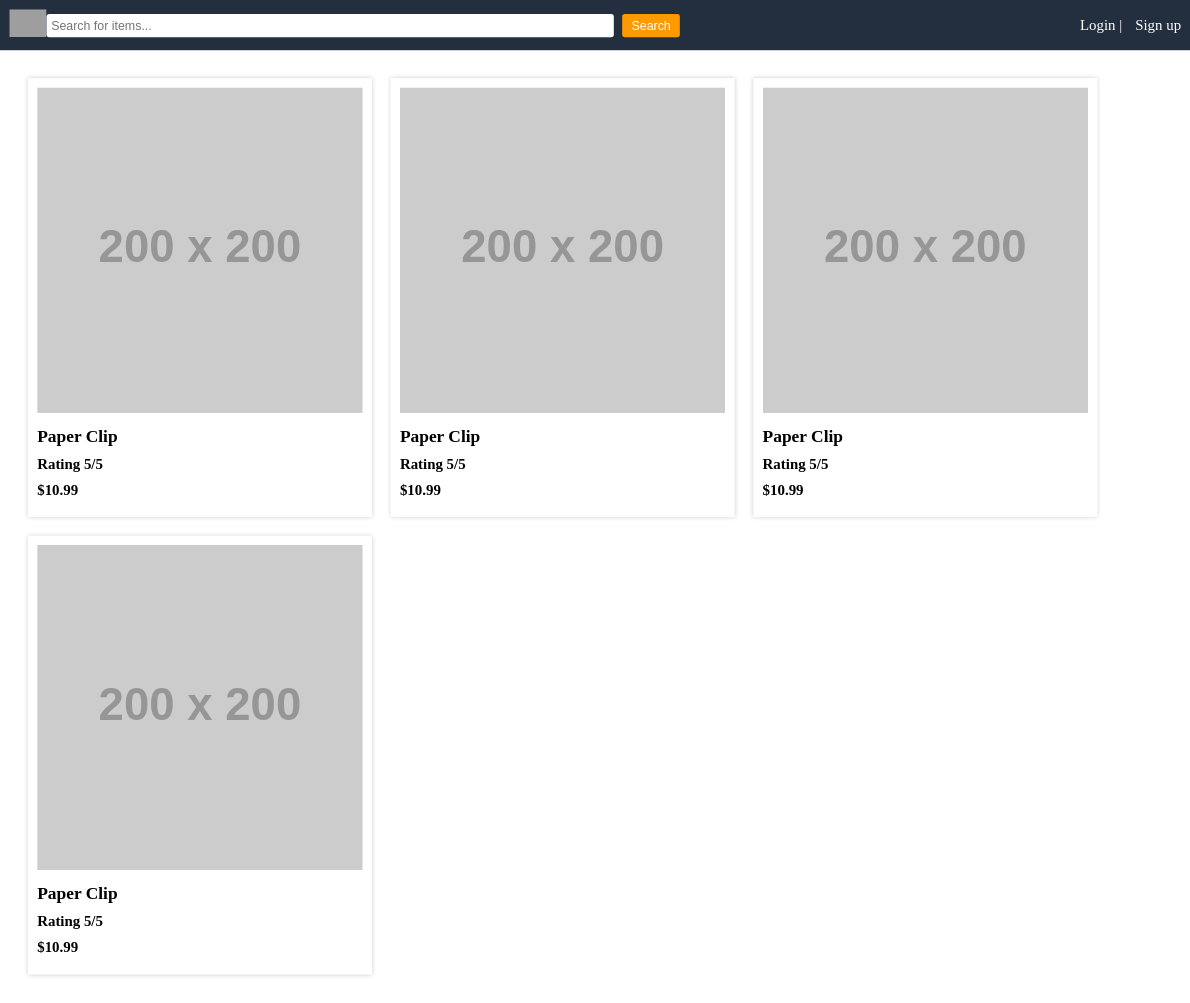
Repository: Minh-John-Le/OfficeSupplyDepot
Page: http://localhost/OfficeSupplyDepotServlet/MainPage.jsp
The author's editor kept a copy of each file at every save. The page is drawn from the files as they stood at one save, then again after the next save.
The browser window is 1280 px wide. The pictures show the whole page, at 93% of full size.
Pictures or frames that could not be fetched are drawn as grey boxes. The page is served by Tomcat 9. Nobody is signed in. The application's start-up code is not run.

Above is the page before, as saved 2023-03-14 00:09:35.

After the next save:
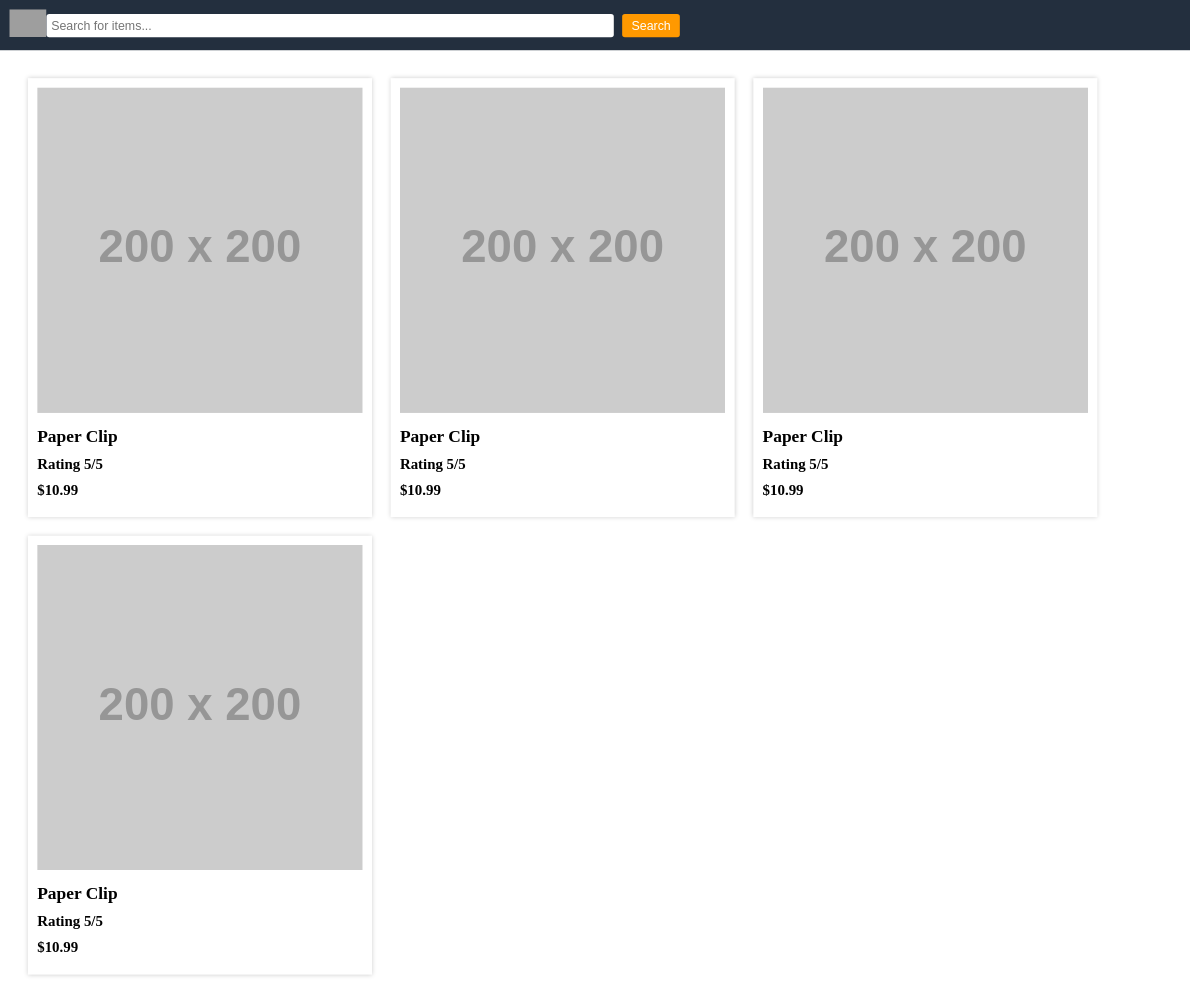
Saved 15 s later.
--- a/OfficeSupplyDepotServlet/src/main/webapp/MainPage.jsp
+++ b/OfficeSupplyDepotServlet/src/main/webapp/MainPage.jsp
@@ -20,8 +20,8 @@
 			<%
 				Customer loginCustomer = (Customer) session.getAttribute("loginCustomer");
 				Store loginStore = (Store) session.getAttribute("loginStore");
-				if (loginCustomer == null && loginStore == null)
-			{
+				if (loginCustomer != null && loginStore != null)
+				{
 			%>
 				<a href="Login.jsp">Login</a> | <a href="SignUp.jsp">Sign up</a>
 			<%
